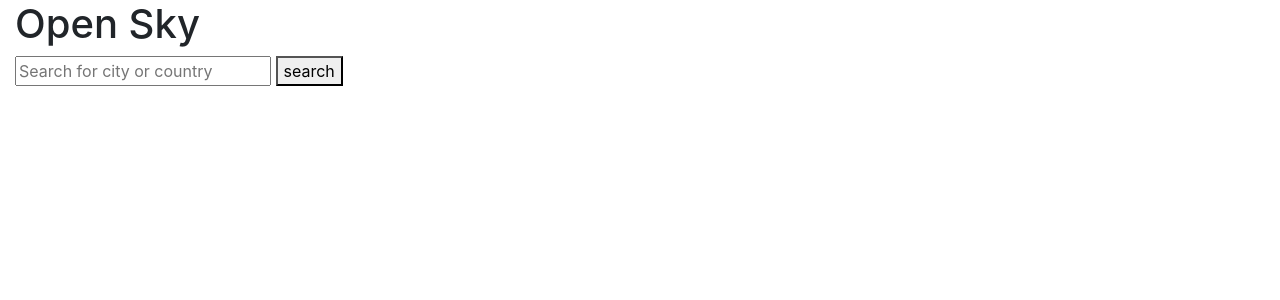
Repository: cobalt88/weather-forecast-app
Page: index.html
An editor plug-in stored every save of this project. The page is shown before and after the next save, followed by the edit.
The browser window is 1280 px wide. The pictures show the whole page.
Some web libraries are served in a nearby version.

Above is the page before, as saved 2022-04-11 20:21:39.

### index.html
<!DOCTYPE html>
<html lang="en">
<head>
  <meta charset="UTF-8">
  <meta http-equiv="X-UA-Compatible" content="IE=edge">
  <meta name="viewport" content="width=device-width, initial-scale=1.0">
  <link
  rel="stylesheet"
  href="https://stackpath.bootstrapcdn.com/bootstrap/4.3.1/css/bootstrap.min.css"
/>
<link
  rel="stylesheet"
  href="https://use.fontawesome.com/releases/v5.8.1/css/all.css"
  integrity="sha384-50oBUHEmvpQ+1lW4y57PTFmhCaXp0ML5d60M1M7uH2+nqUivzIebhndOJK28anvf"
  crossorigin="anonymous"
/>
<link
  href="https://fonts.googleapis.com/css?family=Open+Sans&display=swap"
  rel="stylesheet"
/>

<link href="style.css" rel="stylesheet">
  <title>Document</title>
</head>
<body>

  <header><h1 class="center col-12">Open Sky</h1></header>
  <div class="col-xl-4 col-lg-4 col-md-4 col-sm-4 col-4">
    <input type="text" id="searchInput" placeholder="Search for city or country">
    <button type= 'button' id="search-button">search</button>
    <ul id="city-list"></ul>
  </div>
  <div id="current-day">
  <!-- <h2 id="city">Current City</h2>
  <h2 id="date">Date</h2>
      <img alt="Weather Icon">
      <p id="temp">Current temp</p>
      <p id="wind">Wind Speed</p>
      <p id="humidity">Current Humidity</p> -->
</div>
  <div id="5-day-container" class="cardContainer">

    <!-- <div id="forecast" class="card col-2">
      <h2 id="date">Date</h2>
      <img alt="Weather Icon">
      <p id="temp">Current temp</p>
      <p id="wind">Wind Speed</p>
      <p id="humidity">Current Humidity</p>
    </div>
      -->

  </div>

  <div>
    <ul id="history">

    </ul>
  </div>


  <script src="https://code.jquery.com/jquery-3.4.1.min.js"></script>
  <script src="https://cdnjs.cloudflare.com/ajax/libs/moment.js/2.20.1/moment.min.js"></script>
  <script src="logic_2.js"></script>
</body>
</html>

### style.css
.card {
  background-color: rgb(65, 65, 85);
  color: aliceblue;
  margin: 20px;
}

.cardContainer {
  display: flex;
  flex-direction: row;
}

.cityList {
  display: flex;
  flex-direction: row;
  width: 25%;
  max-width: 500px;
}

### logic_2.js

const apiKey = '486a30fe2a4040f404391459060015ad';
var displayArr = [];
var geoArr = [];
var oneCallDataArr = [];
// var searchHistory = localStorage.getItem('lastSearch');
var lat = '';
var lon = '';
var forecastContainer = document.getElementById('5-day-container');
var currentDay = document.getElementById('current-day')
// var searchHistoryArr = [];
var historyContainer = document.getElementById("history");


function geoLocate(searchInput) {
  var requestLocationUrl = `http://api.openweathermap.org/geo/1.0/direct?q=${searchInput}&limit=1&appid=${apiKey}`
  fetch(requestLocationUrl)
  .then(function(response){
    return response.json();
  })
  .then(function(currentLocation) {
    let tempArr = [];
    tempArr.push(currentLocation);
    geoArr = tempArr;
    let lat2 = geoArr[0][0].lat;
    lat = lat2;
    let lon2 = geoArr[0][0].lon;
    lon = lon2;
  })
.then(function(){
    oneCall();
  });
};

function oneCall() {
  let oneCallApi = `https://api.openweathermap.org/data/2.5/onecall?lat=${lat}&lon=${lon}&exclude=minutely&appid=${apiKey}`
  fetch(oneCallApi)
  .then(function(response){
    return response.json();
  })
  .then(function(allData) {
    let tempArr = [];
    tempArr.push(allData)
    oneCallDataArr = tempArr;
    forecastDisplayHandler();
  })
  .then(function(){
    // console.log(oneCallDataArr)
  })
};

  function kelvinToImperial (x) {
    Math.round((x - 273.15) * 1.8 + 32);
  }

function forecastDisplayHandler() {

  var now = moment().format('dddd MMMM do YYYY, h:mm a');
  var currentCity = geoArr[0][0].name;
  //note to self, add function to convert current time to unix time with moments and compare to values in this object to get current temp
  let tempKd = oneCallDataArr[0].daily[0].temp.day;
  let tempKmax = oneCallDataArr[0].hourly[0].temp.max;
  let tempKmin = oneCallDataArr[0].daily[0].temp.min;
  let tempKe = oneCallDataArr[0].daily[0].temp.eve;

  let tempFd = Math.round((tempKd - 273.15) * 1.8 + 32);
  let tempFmin = Math.round((tempKmin - 273.15) * 1.8 + 32);
  let tempFmax = Math.round((tempKmax - 273.15) * 1.8 + 32);
  let tempFe = Math.round((tempKe - 273.15) * 1.8 + 32);

  let windSpeed = oneCallDataArr[0].daily[0].wind_speed;
  let windGust = oneCallDataArr[0].daily[0].wind_gust;
  let windDir = oneCallDataArr[0].daily[0].wind_deg;
  let humidity = oneCallDataArr[0].daily[0].humidity;
  let uvIndex = oneCallDataArr[0].daily[0].uvi;
  let icon = oneCallDataArr[0].daily[0].weather[0].icon;

  let iconSrc = `http://openweathermap.org/img/wn/${icon}@2x.png`

   currentDay.innerHTML =
  ` <h2 id="city">${currentCity}</h2>
    <h4 id="date">${now}</h4>
    <img src="${iconSrc}" alt="Weather Icon">
    <p id="weather-${i}></p>
    <p id="temp-${i}">Day Temp: ${tempFd}</p>
    <p id="temp-${i}">Evening Temp: ${tempFe}</p>
    <p id="temp-${i}">Max Temp: ${tempFmax}</p>
    <p id="temp-${i}">Min Temp: ${tempFmin}</p>
    <p id="wind-${i}">Average Wind Speed: ${windSpeed}</p>
    <p id="wind-${i}">Wind Gust: ${windGust}</p>
    <p id="wind-${i}">Wind Direction: ${windDir} degrees</p>
    <p id="humidity-${i}">Relative Humidity: ${humidity}%</p>
    <p id="uv-index${i}">UV Index: ${uvIndex}</p>`

for (var i = 1; i < 6; i++) {

  let unixTime = oneCallDataArr[0].daily[i].dt;
  let dateString = moment.unix(unixTime).format("MM/DD/YYYY");

  let tempKd = oneCallDataArr[0].daily[i].temp.day;
  let tempKe = oneCallDataArr[0].daily[i].temp.eve;
  let tempKmax = oneCallDataArr[0].daily[i].temp.max;
  let tempKmin = oneCallDataArr[0].daily[i].temp.min;

  let tempFd = Math.round((tempKd - 273.15) * 1.8 + 32);
  // let tempFd = kelvinToImperial(tempKd);
  let tempFe = Math.round((tempKe - 273.15) * 1.8 + 32);
  let tempFmin = Math.round((tempKmin - 273.15) * 1.8 + 32);
  let tempFmax = Math.round((tempKmax - 273.15) * 1.8 + 32);

  let windSpeed = oneCallDataArr[0].daily[i].wind_speed;
  let windGust = oneCallDataArr[0].daily[i].wind_gust;
  let windDir = oneCallDataArr[0].daily[i].wind_deg;

  let humidity = oneCallDataArr[0].daily[i].humidity;
  let uvIndex = oneCallDataArr[0].daily[i].uvi;
  let icon = oneCallDataArr[0].daily[i].weather[0].icon;

  let iconSrc = `http://openweathermap.org/img/wn/${icon}@2x.png`

  forecastContainer.innerHTML +=
      `<div id="day ${i}" class="card col-2">
      <h2 id="date">${dateString}</h2>
      <img src="${iconSrc}" alt="Weather Icon"/>
      <p id="weather-${i}></p>
      <p id="temp-${i}">Day Temp: ${tempFd}</p>
      <p id="temp-${i}">Evening Temp: ${tempFe}</p>
      <p id="temp-${i}">Max Temp: ${tempFmin}</p>
      <p id="temp-${i}">Min Temp: ${tempFmax}</p>
      <p id="wind-${i}">Average Wind Speed: ${windSpeed}</p>
      <p id="wind-${i}">Wind Gust: ${windGust}</p>
      <p id="wind-${i}">Wind Direction: ${windDir} degrees</p>
      <p id="humidity-${i}">Relative Humidity: ${humidity}%</p>
      <p id="uv-index${i}">UV Index: ${uvIndex}</p>
    </div>`
};
}

let loadHistory = (searchInput) => {
  var searchHistoryArr = [];
  let storedData = JSON.parse(localStorage.getItem("Search History"));

    let pushData = (storedData, searchInput) => {
      searchHistoryArr.push(...storedData);
      searchHistoryArr.push(searchInput);
    }

  pushData(storedData, searchInput);
  console.log(searchHistoryArr);
  storeSearch(searchHistoryArr);

}

let storeSearch = (searchHistoryArr) => {


  let key = "Search History";
  localStorage.setItem(key, JSON.stringify(searchHistoryArr))

}


// let loadHistory = () => {
// for(var i = 0; i < searchHistoryArr.length; i++) {

//   if (i < 5) {
//     var text = searchHistoryArr[i];

//     historyContainer.innerHTML +=
//       `<li>${text}</li>`
//     }
//   }
// }

$("#search-button").on("click", function () {
  searchInput = $(this).siblings("#searchInput").val();
  geoLocate(searchInput);
  storeSearch(searchInput);
});

// ability to press enter for function
$(document).on('keypress',function(e) {
  if(e.which == 13) {
      searchInput = $("#searchInput").val()
      geoLocate(searchInput);
      loadHistory(searchInput);
  }
});



// $(document).ready(function(){
//   loadStorage()
//   displayHistory()
// } );

After the next save:
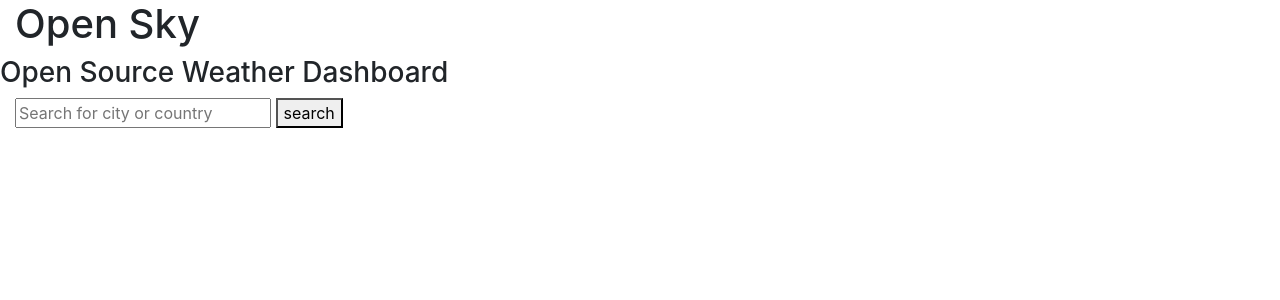
Saved 111 s later.
--- a/index.html
+++ b/index.html
@@ -24,7 +24,7 @@
 </head>
 <body>
 
-  <header><h1 class="center col-12">Open Sky</h1></header>
+  <header><h1 class="center col-12">Open Sky <br/> <h3>Open Source Weather Dashboard</h3></h1></header>
   <div class="col-xl-4 col-lg-4 col-md-4 col-sm-4 col-4">
     <input type="text" id="searchInput" placeholder="Search for city or country">
     <button type= 'button' id="search-button">search</button>
